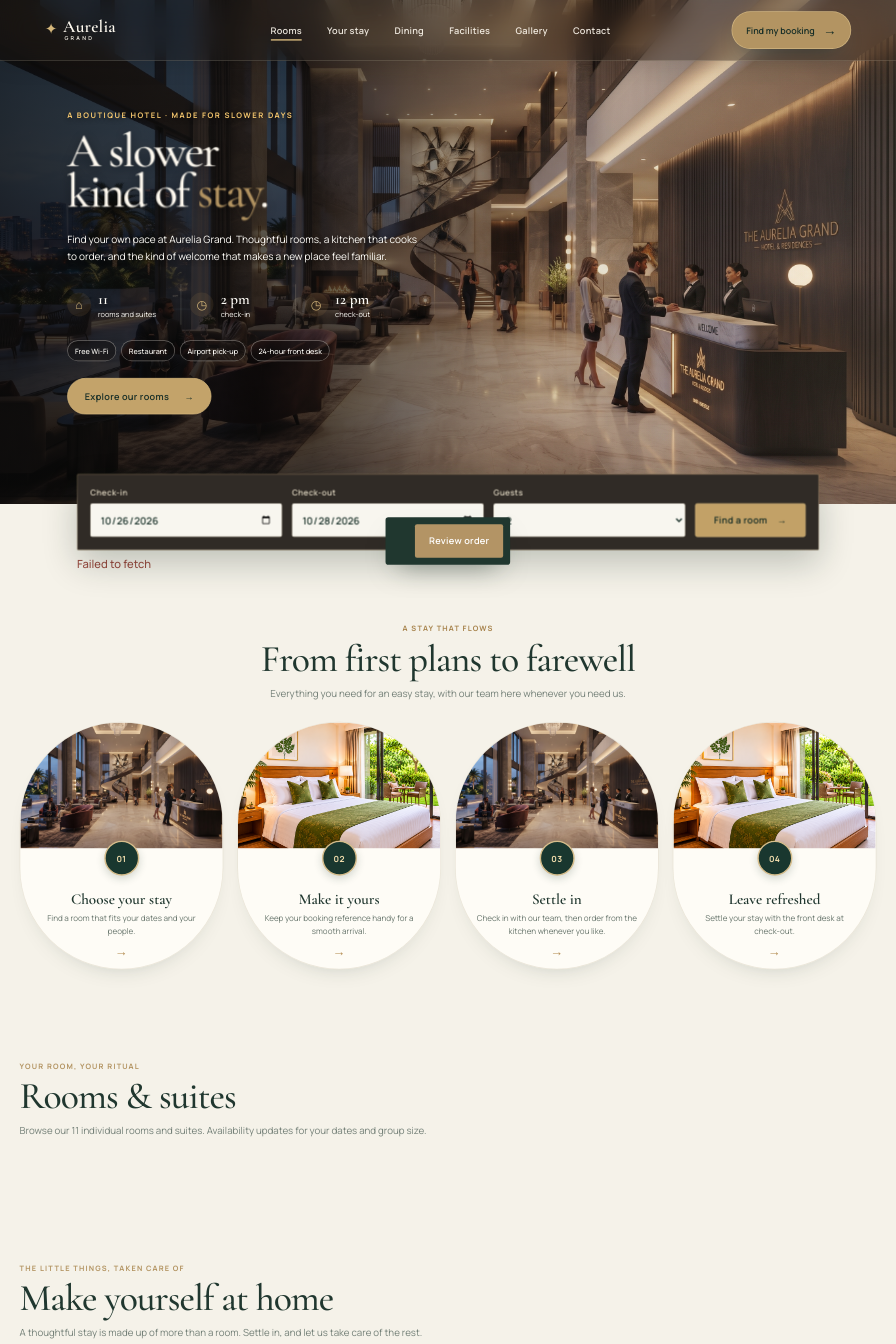
Repository: Deneththri/Hotel-System
Page: public/index.html
An editor plug-in stored every save of this project. The page is shown before and after the next save, followed by the edit.
The browser window is 1280 px wide. The pictures show the part of the page from y = 0 to 1920 px (the page is 3882 px tall), at 70% of full size.
The page's requests for data from a server got no answer.

Above is the page before, as saved 2026-11-08 17:03:48.

### public/index.html
<!DOCTYPE html>
<html lang="en">

<head>
  <meta charset="utf-8">
  <meta name="viewport" content="width=device-width,initial-scale=1">
  <meta name="theme-color" content="#17352d">
  <meta name="description"
    content="Find your own pace at Aurelia Grand. Thoughtful rooms, a kitchen that cooks to order, and a warm welcome.">
  <title>Aurelia Grand | A slower kind of stay</title>
  <link rel="preconnect" href="https://fonts.googleapis.com">
  <link rel="preconnect" href="https://fonts.gstatic.com" crossorigin>
  <link
    href="https://fonts.googleapis.com/css2?family=Cormorant+Garamond:wght@500;600;700&family=Manrope:wght@400;500;600;700&display=swap"
    rel="stylesheet">
  <link rel="stylesheet" href="style.css">
</head>

<body class="landing-page">
  <a class="skip-link" href="#main">Skip to content</a>
  <header class="nav">
    <div class="brand-wrap">
      <span class="brand-mark" aria-hidden="true">✦</span>
      <a class="brand brand-lockup" href="#top" aria-label="Aurelia Grand home"><span
          class="brand-name">Aurelia</span><span class="brand-subtitle">GRAND</span></a>
    </div>
    <nav class="main-nav" id="mainNav" aria-label="Main navigation">
      <a href="#stay">Rooms</a>
      <a href="#journey">Your stay</a>
      <a href="#dining">Dining</a>
      <a href="#facilities">Facilities</a>
      <a href="#gallery">Gallery</a>
      <a href="#contact">Contact</a>
    </nav>
    <a class="booking-pill" href="#manage">Find my booking <span aria-hidden="true">→</span></a>
    <button class="menu-toggle" type="button" aria-label="Open menu" aria-controls="mainNav"
      aria-expanded="false">☰</button>
  </header>

  <main id="main" class="landing-shell">
    <section class="hero" id="top" aria-labelledby="heroTitle">
      <div class="hero-copy">
        <p class="eyebrow">A BOUTIQUE HOTEL · MADE FOR SLOWER DAYS</p>
        <h1 class="hero-title" id="heroTitle"><span>A slower</span><span>kind of <em
              class="hero-accent">stay</em>.</span></h1>
        <p class="lead">Find your own pace at Aurelia Grand. Thoughtful rooms, a kitchen that cooks to order, and the
          kind of welcome that makes a new place feel familiar.</p>
        <div class="stats" aria-label="Hotel information">
          <div class="stat-item"><span class="stat-icon" aria-hidden="true">⌂</span>
            <div><strong>11</strong><small>rooms and suites</small></div>
          </div>
          <div class="stat-item"><span class="stat-icon" aria-hidden="true">◷</span>
            <div><strong>2 pm</strong><small>check-in</small></div>
          </div>
          <div class="stat-item"><span class="stat-icon" aria-hidden="true">◷</span>
            <div><strong>12 pm</strong><small>check-out</small></div>
          </div>
        </div>
        <div class="amen" aria-label="Hotel amenities">
          <span>Free Wi-Fi</span><span>Restaurant</span><span>Airport pick-up</span><span>24-hour front desk</span>
        </div>
        <a class="btn dark hero-cta" href="#search">Explore our rooms <span aria-hidden="true">→</span></a>
      </div>
    </section>

    <form id="search" class="card search booking-search" aria-label="Search room availability">
      <label>Check-in<input type="date" id="checkIn" required></label>
      <label>Check-out<input type="date" id="checkOut" required></label>
      <label>Guests<select id="guests">
          <option>1</option>
          <option selected>2</option>
          <option>3</option>
          <option>4</option>
        </select></label>
      <button class="btn" type="submit">Find a room <span aria-hidden="true">→</span></button>
    </form>
    <p id="searchMsg" class="msg" role="status" aria-live="polite"></p>


    <section id="journey" class="section journey-section" aria-labelledby="journeyTitle">
      <div class="section-heading" data-reveal>
        <p class="eyebrow">A STAY THAT FLOWS</p>
        <h2 id="journeyTitle">From first plans to farewell</h2>
        <p class="muted">Everything you need for an easy stay, with our team here whenever you need us.</p>
      </div>
      <ol class="journey-track">
        <!-- Replace each image src with your own photo when ready. -->
        <li class="journey-step" data-reveal>
          <div class="journey-photo"><img src="images/aurelia-bg.jpg" alt=""></div>
          <span class="journey-number" aria-hidden="true">01</span>
          <div class="journey-copy">
            <h3>Choose your stay</h3>
            <p>Find a room that fits your dates and your people.</p><span class="journey-arrow"
              aria-hidden="true">→</span>
          </div>
        </li>
        <li class="journey-step" data-reveal>
          <div class="journey-photo"><img src="images/garden.png" alt=""></div>
          <span class="journey-number" aria-hidden="true">02</span>
          <div class="journey-copy">
            <h3>Make it yours</h3>
            <p>Keep your booking reference handy for a smooth arrival.</p><span class="journey-arrow"
              aria-hidden="true">→</span>
          </div>
        </li>
        <li class="journey-step" data-reveal>
          <div class="journey-photo"><img src="images/aurelia-bg.jpg" alt=""></div>
          <span class="journey-number" aria-hidden="true">03</span>
          <div class="journey-copy">
            <h3>Settle in</h3>
            <p>Check in with our team, then order from the kitchen whenever you like.</p><span class="journey-arrow"
              aria-hidden="true">→</span>
          </div>
        </li>
        <li class="journey-step" data-reveal>
          <div class="journey-photo"><img src="images/garden.png" alt=""></div>
          <span class="journey-number" aria-hidden="true">04</span>
          <div class="journey-copy">
            <h3>Leave refreshed</h3>
            <p>Settle your stay with the front desk at check-out.</p><span class="journey-arrow"
              aria-hidden="true">→</span>
          </div>
        </li>
      </ol>
    </section>

    <section id="stay" class="section stay-section">
      <div class="section-heading" data-reveal>
        <p class="eyebrow">YOUR ROOM, YOUR RITUAL</p>
        <h2>Rooms &amp; suites</h2>
        <p class="muted">Browse our 11 individual rooms and suites. Availability updates for your dates and group size.
        </p>
      </div>
      <p class="room-results-meta" id="roomResultsMeta" role="status" aria-live="polite"></p>
      <div class="room-carousel">
        <button class="room-arrow room-arrow-prev" type="button" aria-label="Show previous rooms" aria-controls="rooms"
          disabled>&larr;</button>
        <div id="rooms" class="grid room-track" aria-live="polite" tabindex="0"></div>
        <button class="room-arrow room-arrow-next" type="button" aria-label="Show more rooms" aria-controls="rooms"
          disabled>&rarr;</button>
      </div>
    </section>

    <section id="facilities" class="section facilities-section">
      <div class="section-heading" data-reveal>
        <p class="eyebrow">THE LITTLE THINGS, TAKEN CARE OF</p>
        <h2>Make yourself at home</h2>
        <p class="muted">A thoughtful stay is made up of more than a room. Settle in, and let us take care of the rest.
        </p>
      </div>
      <div class="facility-grid">
        <article class="facility-card" data-reveal><span class="facility-icon" aria-hidden="true">⌁</span>
          <h3>Room to unwind</h3>
          <p>Comfortable rooms and suites with the details you need to slow down and settle in.</p>
        </article>
        <article class="facility-card" data-reveal><span class="facility-icon" aria-hidden="true">✳</span>
          <h3>Made-to-order dining</h3>
          <p>Freshly prepared favourites from our kitchen, delivered to your room or ready to collect.</p>
        </article>
        <article class="facility-card" data-reveal><span class="facility-icon" aria-hidden="true">◷</span>
          <h3>Here whenever you need us</h3>
          <p>Our front desk is available around the clock, with airport pick-up available on request.</p>
        </article>
      </div>
    </section>

    <section id="gallery" class="section gallery-section">
      <div class="gallery-copy" data-reveal>
        <p class="eyebrow">A GLIMPSE OF OLU</p>
        <h2>Arrive, and exhale.</h2>
        <p class="muted">Tropical greenery, warm light and a welcome that feels like it has been waiting just for you.
        </p>
        <a class="text-link" href="#search">Find your stay <span aria-hidden="true">→</span></a>
      </div>
      <figure class="gallery-photo" data-reveal role="img"
        aria-label="A serene guest room opening onto the hotel garden"></figure>
    </section>

    <section id="dining" class="section dining">
      <div class="section-heading" data-reveal>
        <p class="eyebrow">FROM OUR KITCHEN</p>
        <h2>A little something delicious</h2>
        <p class="muted">Order from our kitchen. Add your booking reference at checkout and we'll bring it to your room.
        </p>
      </div>
      <div id="menuStatus" class="muted" role="status" aria-live="polite"></div>
      <div id="tabs" class="tabs" aria-label="Menu categories"></div>
      <div id="menu"></div>
    </section>

    <section id="contact" class="section contact-section">
      <div data-reveal>
        <p class="eyebrow">A WARM WELCOME, ALWAYS</p>
        <h2>We're here to help.</h2>
        <p class="muted">Need a hand with an upcoming stay? Look up your booking or browse the kitchen menu.</p>
      </div>
      <div class="contact-actions" data-reveal>
        <a class="btn dark" href="#manage">Find my booking <span aria-hidden="true">→</span></a>
        <a class="btn ghost" href="#dining">Explore dining</a>
      </div>
    </section>

    <section id="manage" class="section narrow">
      <div class="section-heading" data-reveal>
        <p class="eyebrow">YOUR STAY, AT YOUR FINGERTIPS</p>
        <h2>Find my booking</h2>
        <p class="muted">Enter your reference and the email you booked with to view or cancel.</p>
      </div>
      <form id="lookup" class="card lookup">
        <input id="lref" placeholder="Reference, e.g. OL-1A2B3C" aria-label="Booking reference" required>
        <input id="lemail" type="email" placeholder="Email address" aria-label="Booking email address" required>
        <button class="btn ghost" type="submit">Find booking</button>
      </form>
      <p id="lookupMsg" class="msg" role="status" aria-live="polite"></p>
      <div id="lookupResult"></div>
    </section>
  </main>

  <footer><a class="footer-brand" href="#top">Aurelia Grand</a><span>Thoughtful stays, at your own pace.</span><a
      href="#contact">Get in touch</a><a href="/admin.html">Staff sign in</a></footer>
  <div class="cartbar" id="cartbar"><span></span><button class="btn" id="reviewBtn">Review order</button></div>
  <button class="pill" id="pill" hidden></button>
  <div id="modal" class="modal" hidden>
    <div class="sheet card" role="dialog" aria-modal="true" aria-labelledby="sheetTitle">
      <button class="x" id="close" aria-label="Close">&times;</button>
      <div id="sheetBody"></div>
    </div>
  </div>
  <script src="app.js"></script>
</body>

</html>

Loaded but not shown: public/app.js (140 lines, source omitted); public/style.css (4269 lines, source omitted)

After the next save:
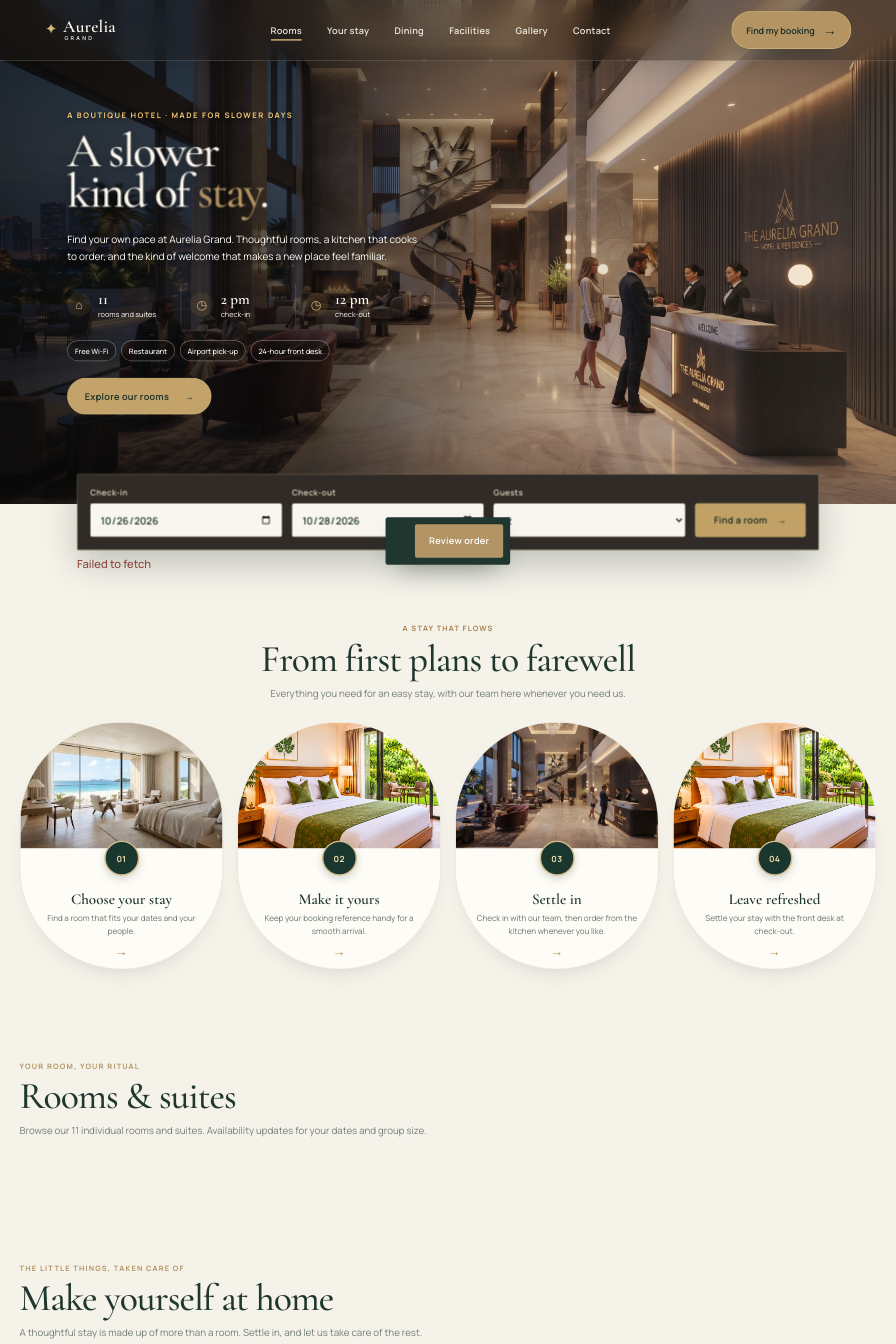
Saved 3 min 3 s later.
--- a/public/index.html
+++ b/public/index.html
@@ -86,7 +86,7 @@
       <ol class="journey-track">
         <!-- Replace each image src with your own photo when ready. -->
         <li class="journey-step" data-reveal>
-          <div class="journey-photo"><img src="images/aurelia-bg.jpg" alt=""></div>
+          <div class="journey-photo"><img src="images/first.jpg" alt=""></div>
           <span class="journey-number" aria-hidden="true">01</span>
           <div class="journey-copy">
             <h3>Choose your stay</h3>
